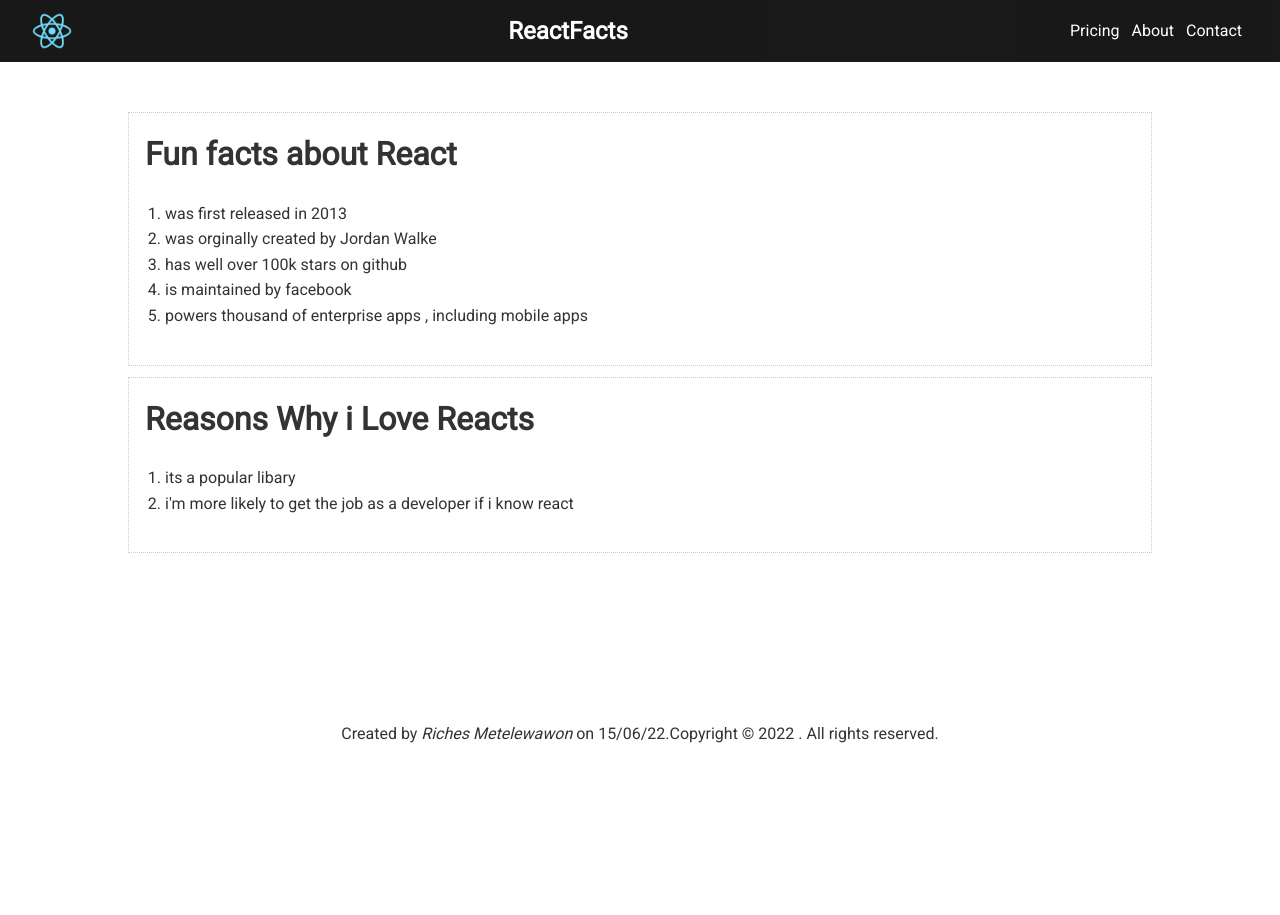
Repository: Richswag009/my-travel-journal
Page: /
An editor plug-in stored every save of this project. The page is shown before and after the next save, followed by the edit.
The browser window is 1280 px wide. The pictures show the whole page.
The project was rebuilt for these pictures with package versions that can differ from the ones it lists, and the page was loaded fresh each time.

Above is the page before, as saved 2022-06-15 14:06:12.

### public/index.html
<!DOCTYPE html>
<html lang="en">
  <head>
    <meta charset="utf-8" />
    <link rel="icon" href="%PUBLIC_URL%/favicon.ico" />
    <meta name="viewport" content="width=device-width, initial-scale=1" />
    <meta name="theme-color" content="#000000" />
    <meta name="description"content="Web site created using create-react-app"/>
    <link rel="apple-touch-icon" href="%PUBLIC_URL%/logo192.png" />
    <link rel="manifest" href="%PUBLIC_URL%/manifest.json" />
    <title>React Fact</title>
  </head>
  <body>
    <noscript>You need to enable JavaScript to run this app.</noscript>
    <div id="root"></div>

  </body>
</html>

### src/App.js

import React,{Component} from 'react';
import './App.css';
import Maincontent from './component/maincontent/Maincontent';
import Navbar from './component/layout/Navbar';
import Footer from './component/layout/Footer';
// import Users from './component/users/Users';
class App extends Component{
  render(){

    return (
      <div className="App">
       <Navbar/>
       <Maincontent/>
       <Footer/>
        </div>
    );
  }
}

export default App;

### src/App.css
@import url('https://fonts.googleapis.com/css?family=Roboto');

/* Global Styles */
:root {
  --primary-color: #dc3545;
  --dark-color: #333333;
  --light-color: #f4f4f4;
  --danger-color: #dc3545;
  --success-color: #28a745;
}

* {
  box-sizing: border-box;
  margin: 0;
  padding: 0;
}

body {
  font-family: 'Roboto', sans-serif;
  font-size: 1rem;
  line-height: 1.6;
  background-color: #fff;
  color: #333;
}

a {
  color: var(--primary-color);
  text-decoration: none;
}

a:hover {
  color: #666;
}

ul {
  list-style: none;
}ol
img {
  width: 100%;
}

/* Utilities */
.container {
  max-width: 1100px;
  margin: auto;
  overflow: hidden;
  padding: 0 2rem;
}

/* Text Styles*/
.x-large {
  font-size: 4rem;
  line-height: 1.2;
  margin-bottom: 1rem;
}

.large {
  font-size: 3rem;
  line-height: 1.2;
  margin-bottom: 1rem;
}

.lead {
  font-size: 1.5rem;
  margin-bottom: 1rem;
}

.text-center {
  text-align: center;
}

.text-primary {
  color: var(--primary-color);
}

.text-dark {
  color: var(--dark-color);
}

.text-success {
  color: var(--success-color);
}

.text-danger {
  color: var(--danger-color);
}

.text-center {
  text-align: center;
}

.text-right {
  text-align: right;
}

.text-left {
  text-align: left;
}

/* Center All */
.all-center {
  display: flex;
  flex-direction: column;
  width: 100%;
  margin: auto;
  justify-content: center;
  align-items: center;
  text-align: center;
}

/* Cards */
.card {
  padding: 1rem;
  border: #ccc 1px dotted;
  margin: 0.7rem 0;
}

/* List */
.list {
  margin: 0.5rem 0;
}

.list li {
  padding-bottom: 0.3rem;
}

/* Padding */
.p {
  padding: 0.5rem;
}
.p-1 {
  padding: 1rem;
}
.p-2 {
  padding: 2rem;
}
.p-3 {
  padding: 3rem;
}
.py {
  padding: 0.5rem 0;
}
.py-1 {
  padding: 1rem 0;
}
.py-2 {
  padding: 2rem 0;
}
.py-3 {
  padding: 3rem 0;
}

/* Margin */
.m {
  margin: 0.5rem;
}
.m-1 {
  margin: 1rem;
}
.m-2 {
  margin: 2rem;
}
.m-3 {
  margin: 3rem;
}
.my {
  margin: 0.5rem 0;
}
.my-1 {
  margin: 1rem 0;
}
.my-2 {
  margin: 2rem 0;
}
.my-3 {
  margin: 3rem 0;
}


.footer{
  margin: 22vh auto;
  padding: 10px 0;
  text-align: center;
}

/* Grid */
.grid-2 {
  display: grid;
  grid-template-columns: repeat(2, 1fr);
  grid-gap: 1rem;
}

.grid-3 {
  display: grid;
  grid-template-columns: repeat(3, 1fr);
  grid-gap: 1rem;
}

.grid-4 {
  display: grid;
  grid-template-columns: repeat(4, 1fr);
  grid-gap: 1rem;
}

.btn {
  display: inline-block;
  background: var(--light-color);
  color: #333;
  padding: 0.4rem 1.3rem;
  font-size: 1rem;
  border: none;
  cursor: pointer;
  margin-right: 0.5rem;
  transition: opacity 0.2s ease-in;
  outline: none;
}

.btn-link {
  background: none;
  padding: 0;
  margin: 0;
}

.btn-block {
  display: block;
  width: 100%;
}

.btn-sm {
  font-size: 0.8rem;
  padding: 0.3rem 1rem;
  margin-right: 0.2rem;
}

.badge {
  display: inline-block;
  font-size: 0.8rem;
  padding: 0.2rem 0.7rem;
  text-align: center;
  margin: 0.3rem;
  background: var(--light-color);
  color: #333;
  border-radius: 5px;
}

.alert {
  padding: 0.7rem;
  margin: 1rem 0;
  opacity: 0.9;
  background: var(--light-color);
  color: #333;
}

.btn-primary,
.bg-primary,
.badge-primary,
.alert-primary {
  background: var(--primary-color);
  color: #fff;
}

.btn-light,
.bg-light,
.badge-light,
.alert-light {
  background: var(--light-color);
  color: #333;
}

.btn-dark,
.bg-dark,
.badge-dark,
.alert-dark {
  background: var(--dark-color);
  color: #fff;
}

.btn-danger,
.bg-danger,
.badge-danger,
.alert-danger {
  background: var(--danger-color);
  color: #fff;
}

.btn-success,
.bg-success,
.badge-success,
.alert-success {
  background: var(--success-color);
  color: #fff;
}

.btn-white,
.bg-white,
.badge-white,
.alert-white {
  background: #fff;
  color: #333;
  border: #ccc solid 1px;
}

.btn:hover {
  opacity: 0.8;
}

.bg-light,
.badge-light {
  border: #ccc solid 1px;
}

.round-img {
  border-radius: 50%;
}

/* Forms */
input {
  margin: 1.2rem 0;
}

.form-text {
  display: block;
  margin-top: 0.3rem;
  color: #888;
}

input[type='text'],
input[type='email'],
input[type='password'],
input[type='date'],
select,
textarea {
  display: block;
  width: 100%;
  padding: 0.4rem;
  font-size: 1.2rem;
  border: 1px solid #ccc;
}

input[type='submit'],
button {
  font: inherit;
}

table th,
table td {
  padding: 1rem;
  text-align: left;
}

table th {
  background: var(--light-color);
}

/* Navbar */
.navbar {
  display: flex;
  justify-content: space-between;
  align-items: center;
  padding: 0.7rem 2rem;
  z-index: 1;
  width: 100%;
  opacity: 0.9;
  margin-bottom: 1rem;
  background-color: black;
}
.navbar h1{
  color: #Fff;
}

.navbar ul {
  display: flex;
}
.navbar ul li{
  padding:0 6px ;
  color: #fff;
}

.navbar a {
  color: #fff;
  padding: 0.45rem;
  margin: 0 0.25rem;
}

.navbar a:hover {
  color: var(--light-color);
}

.navbar .welcome span {
  margin-right: 0.6rem;
}

/* Mobile Styles */
@media (max-width: 700px) {
  .hide-sm {
    display: none;
  }

  .grid-2,
  .grid-3,
  .grid-4 {
    grid-template-columns: 1fr;
  }

  /* Text Styles */
  .x-large {
    font-size: 3rem;
  }

  .large {
    font-size: 2rem;
  }

  .lead {
    font-size: 1rem;
  }

  /* Navbar */
  .navbar {
    display: block;
    text-align: center;
  }

  .navbar ul {
    text-align: center;
    justify-content: center;
  }
}

### src/component/maincontent/Maincontent.js
import React, { Component } from 'react'
// import React from "react";
export default class Maincontent extends Component {



    render() {
        return (
            <div className='content ' style={{width:'80%',margin:'50px auto'}}>

                <div className=' card'>
                    <h1>Fun facts about React</h1>
                    <ol style={{margin:'20px'}}>
                        <li>was first released in 2013</li>
                        <li>was orginally created by Jordan Walke</li>
                        <li>has well over 100k stars on github</li>
                        <li>is maintained by facebook</li>
                        <li>powers thousand of enterprise apps , including mobile apps</li>
                    </ol>
                </div>

                <div className='card'>
                    <h1>Reasons Why i Love Reacts</h1>
                    <ol style={{margin:'20px'}}>
                        <li>its a popular libary</li>
                        <li>i'm more likely to get the job as a developer if i know react</li>
                    </ol>
                </div>

            </div>
        )
    }

}
// function page(){

//         return (
//             <div>
//                 <ol>
//                     <li>Lorem ipsum dolor sit amet.</li>
//                     <li>Lorem ipsum dolor sit amet.</li>
//                     <li>Lorem ipsum dolor sit amet.</li>
//                 </ol>
//             </div>
//         )

// }export default page

### src/component/layout/Navbar.js
import React, { Component } from 'react'
import logo from '../layout/logo192.png'


export default class Navbar extends Component {


    render() {
        return (
            <div>
                <nav className='navbar'>
                 <img src={logo} alt="" style={{width:'40px',dispaly:'block'}} />
                 <h1>ReactFacts</h1>

                <ul className='px-2'>
                    <li>Pricing </li>
                    <li>About </li>
                    <li>Contact </li>
                </ul>
                </nav>
            </div>
        )
    }
}

### src/component/layout/Footer.js
import React, { Component } from 'react'

export default class Footer extends Component {



    render() {
        return (
            <div className='footer'>
               <p>Created by <i>Riches Metelewawon</i>  on 15/06/22.Copyright © 2022 . All rights reserved.
               </p>
            </div>
        )
    }
}

Loaded but not shown: src/index.js (common file)

After the next save:
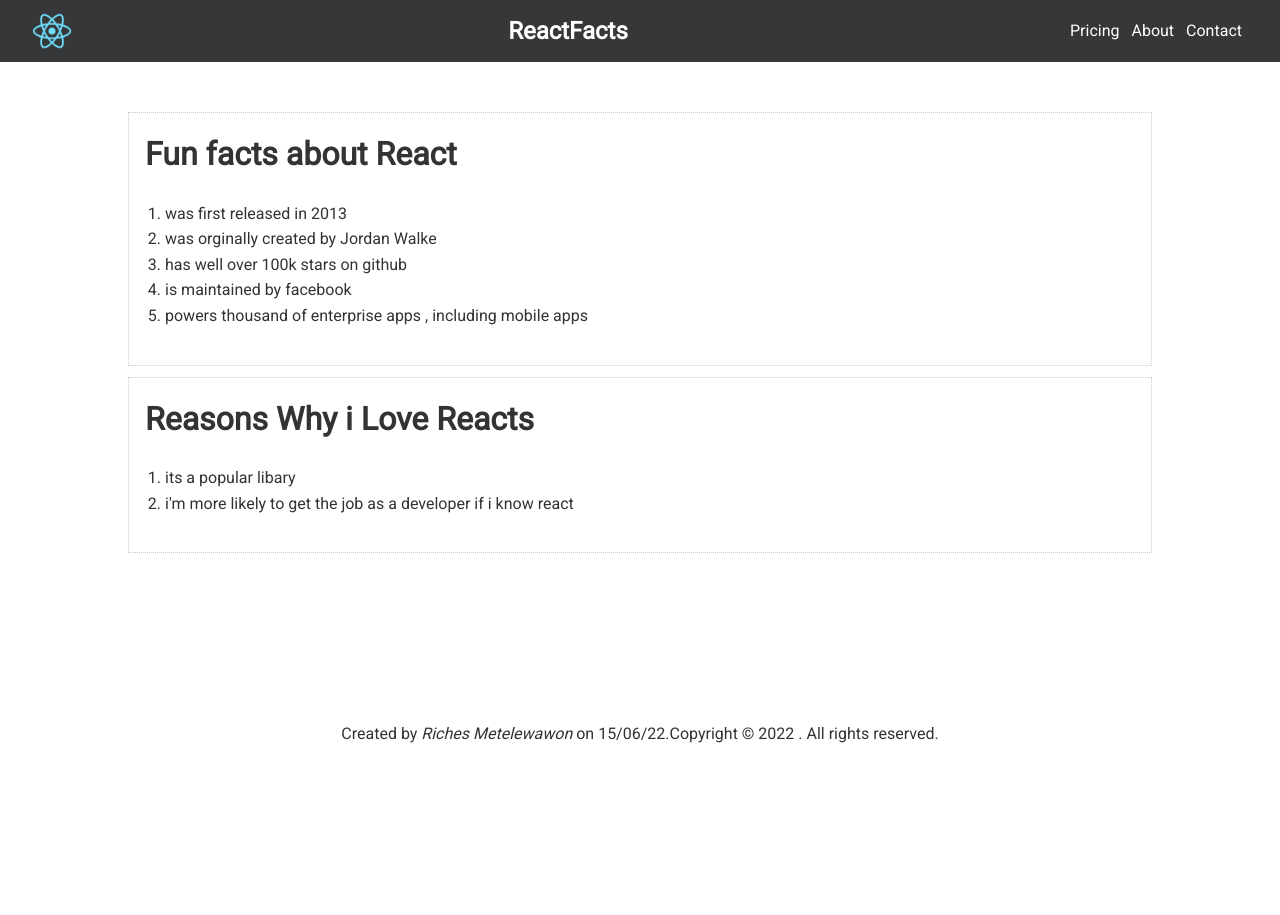
Saved 47 s later.
--- a/src/App.css
+++ b/src/App.css
@@ -362,7 +362,7 @@
   width: 100%;
   opacity: 0.9;
   margin-bottom: 1rem;
-  background-color: black;
+  background-color:#212224;
 }
 .navbar h1{
   color: #Fff;
